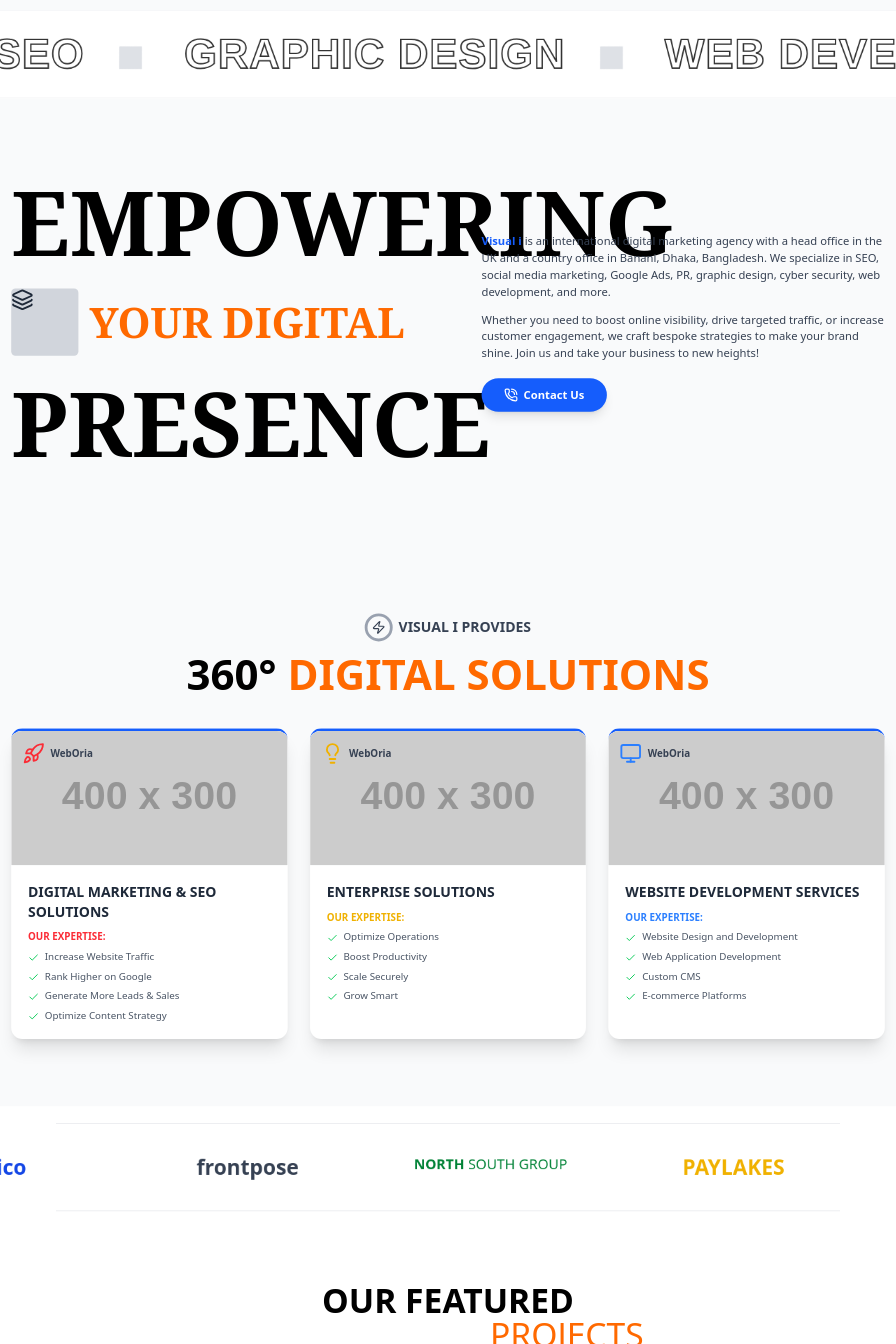
Repository: mdmuhibullahhabib/weboria
Page: /
The author's editor kept a copy of each file at every save. The page is drawn from the files as they stood at one save, then again after a run of saves.
The browser window is 1280 px wide. The pictures show the part of the page from y = 1555 to 3475 px (the page is 9236 px tall before and 9136 px after), at 70% of full size.
The project was rebuilt for these pictures with package versions that can differ from the ones it lists, and the page was loaded fresh each time. Some packages were replaced by stand-ins written for this rebuild. The framework's server and built-in components were replaced by stand-ins that run in the browser. Also part of the build but not shown: next.config.mjs.

Above is the page before, as saved 2025-10-03 12:45:57.

After the next 2 saves:
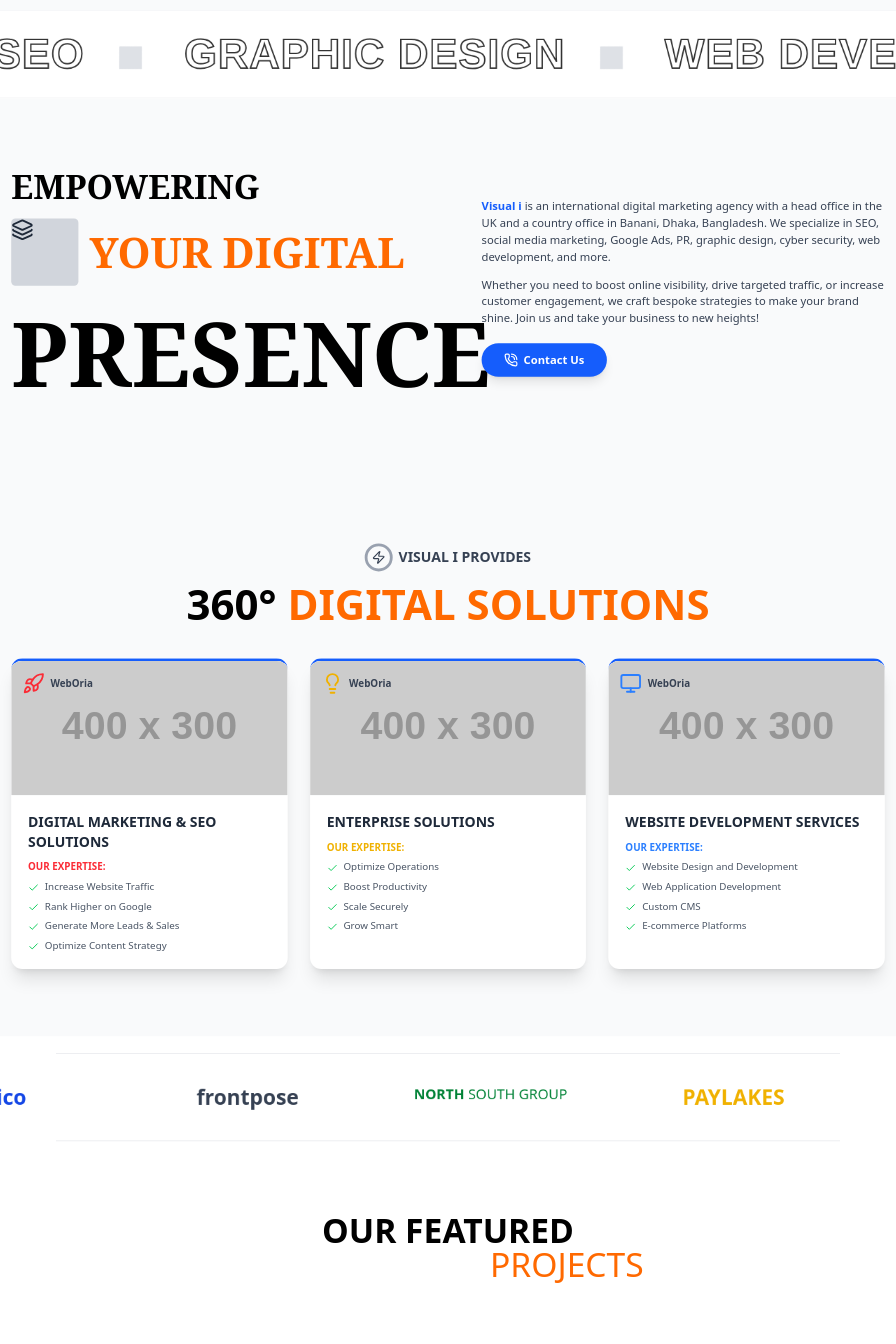
The 2 saves are shown as one change because they came seconds apart.
The last was saved 69 s later.
--- a/src/components/Service.jsx
+++ b/src/components/Service.jsx
@@ -48,7 +48,7 @@ const Service = () => {
             <section className="container mx-auto px-4 py-16 lg:py-24 flex flex-col lg:flex-row items-center lg:space-x-12">
                 {/* Left Column */}
               <div className="lg:w-1/2 mb-10 lg:mb-0 pr-4">
-                <p className="text-7xl md:text-9xl font-serif font-extrabold mb-4 text-black leading-tight">
+                <p className="text-7xl md:text-5xl font-serif font-extrabold mb-4 text-black leading-tight">
                   EMPOWERING
                 </p>
                 <div className="flex items-center space-x-4 mb-4">
